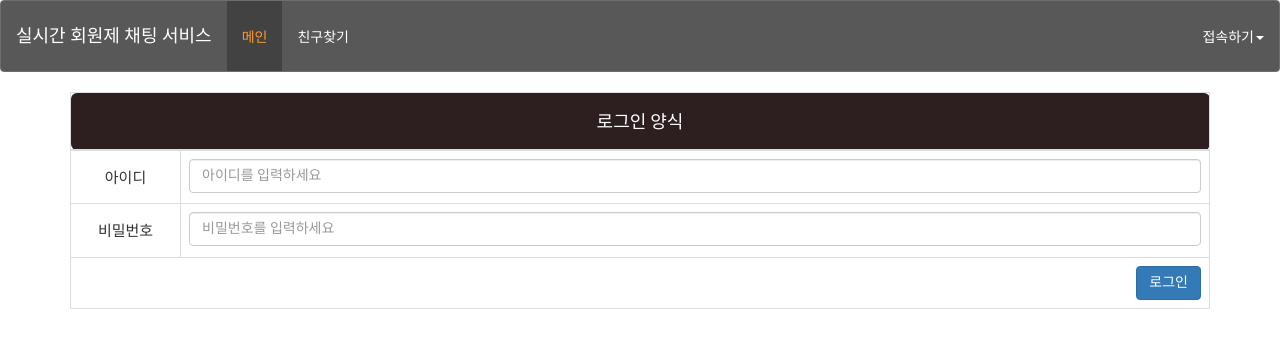
Repository: kkoseunghyun/javaAjaxChat
Page: http://localhost/UserChat/login.jsp
These files come from the project's save history. The page is drawn as it stood at one moment and after the next save; the edit follows.
The browser window is 1280 px wide. The pictures show the whole page.
Some web fonts or font styles are not loaded; a fallback is used. Some web libraries are served in a nearby version. The page is served by Tomcat 9.

Above is the page before, as saved 2019-05-29 08:34:19.

After the next save:
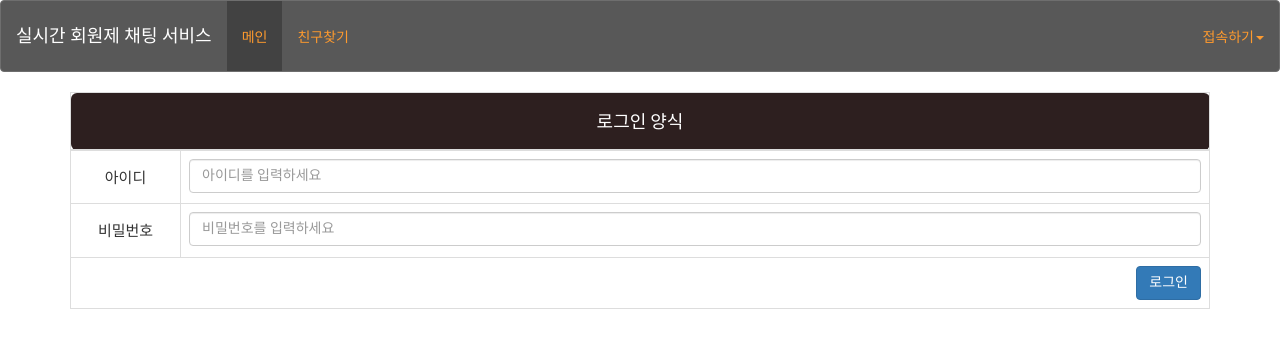
Saved 12 s later.
--- a/JspAjax/UserChat/WebContent/css/custom2.css
+++ b/JspAjax/UserChat/WebContent/css/custom2.css
@@ -36,7 +36,7 @@
     background-color: #424242;
 }
 .navbar-default .navbar-nav > li > a { /*내비게이션 기본 글자 색상 */
-	color: #ffffff;
+	color: #FE9A2E;
     font-family: 'Noto Sans KR';
 }
 .navbar-default .navbar-nav > li > a:hover,

After the save that followed:
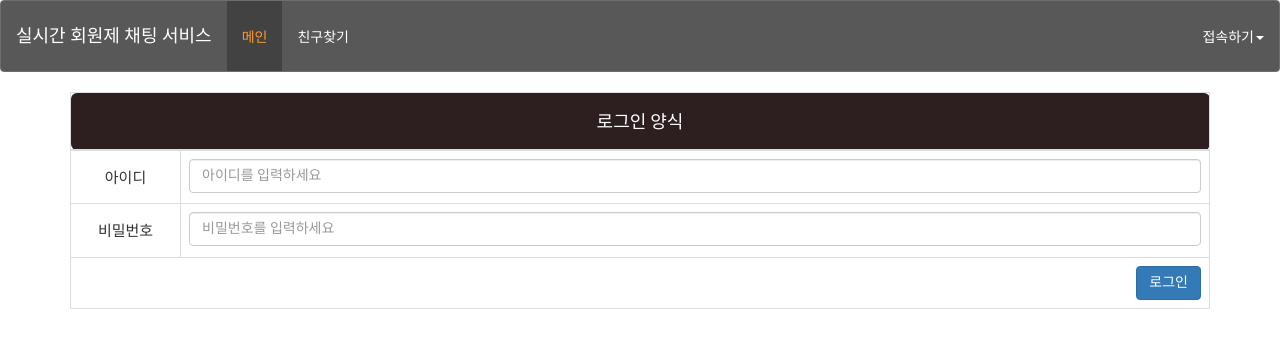
Saved 14 s later.
--- a/JspAjax/UserChat/WebContent/css/custom2.css
+++ b/JspAjax/UserChat/WebContent/css/custom2.css
@@ -36,7 +36,7 @@
     background-color: #424242;
 }
 .navbar-default .navbar-nav > li > a { /*내비게이션 기본 글자 색상 */
-	color: #FE9A2E;
+	color: #ffffff;
     font-family: 'Noto Sans KR';
 }
 .navbar-default .navbar-nav > li > a:hover,
